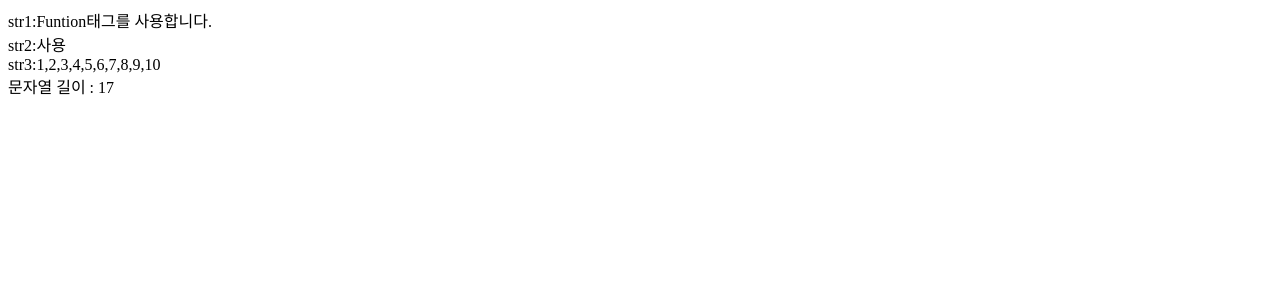
Repository: chanhok95/webpage
Page: http://localhost/webTesting/07_JSTL/functions.jsp
These files come from the project's save history. The page is drawn as it stood at one moment and after the next save; the edit follows.
The browser window is 1280 px wide. The pictures show the whole page.
The page is served by Tomcat 9.

Above is the page before, as saved 2019-10-28 01:20:14.

After the next save:
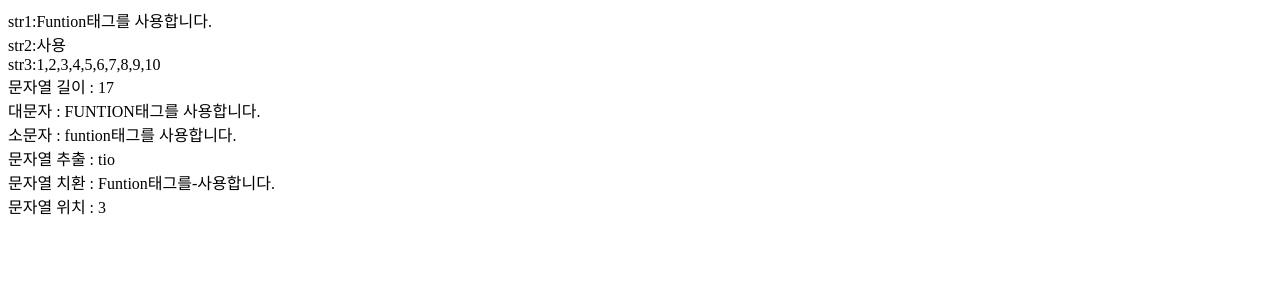
Saved 2 min 26 s later.
--- a/webTesting/WebContent/07_JSTL/functions.jsp
+++ b/webTesting/WebContent/07_JSTL/functions.jsp
@@ -22,6 +22,11 @@
 
 	<div>
 	문자열 길이 : ${fn:length(str1) }<br/>
+	대문자 : ${fn:toUpperCase(str1) }<br/>
+	소문자 : ${fn:toLowerCase(str1) }<br/>
+	문자열 추출 : ${fn:substring(str1,3,6) }<br/>
+	문자열 치환 : ${fn:replace(str1," ","-") }<br/>
+	문자열 위치 : ${fn:indexOf(str1,"t") }<br/>
 
 	</div>
 
